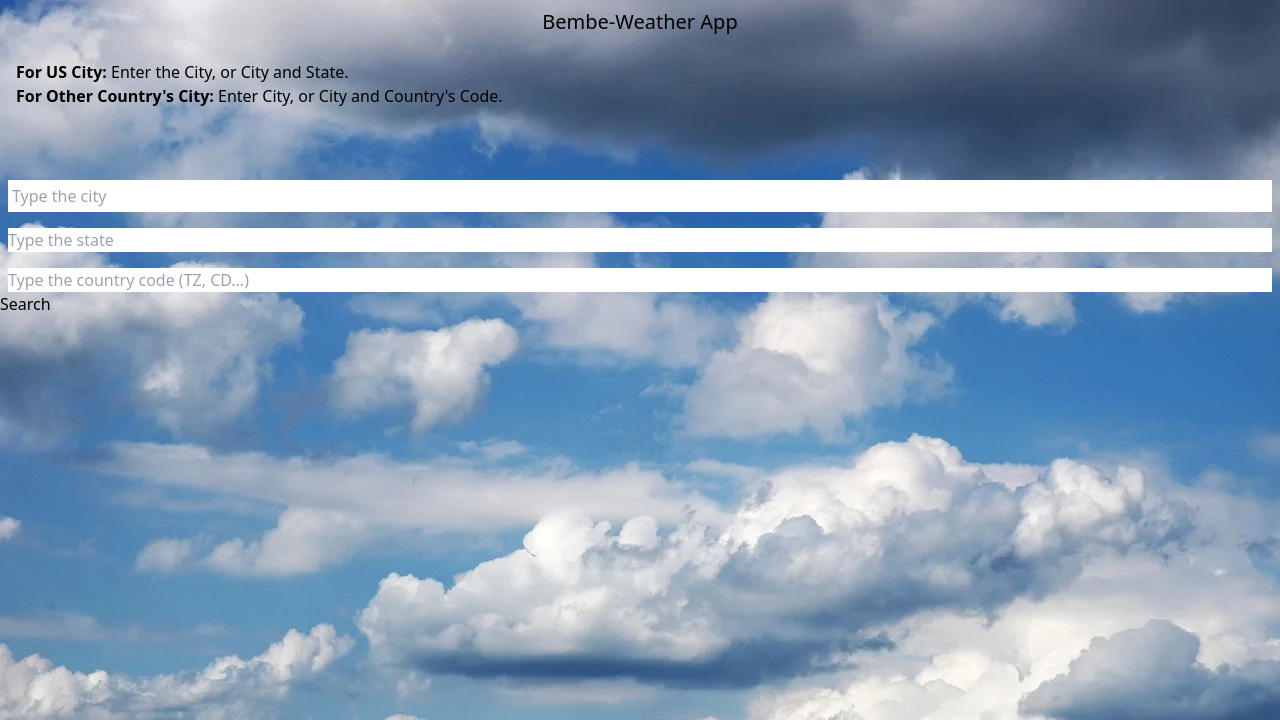
Repository: ShindanoSingi/bembe-weather
Page: /
The author's editor kept a copy of each file at every save. The page is drawn from the files as they stood at one save, then again after the next save.
The browser window is 1280 px wide. The pictures show the whole page.
The page's requests for data from a server got no answer. The project was rebuilt for these pictures with package versions that can differ from the ones it lists, and the page was loaded fresh each time. No one was signed in, and anything a server would have sent is missing.

Above is the page before, as saved 2022-09-14 03:08:31.

After the next save:
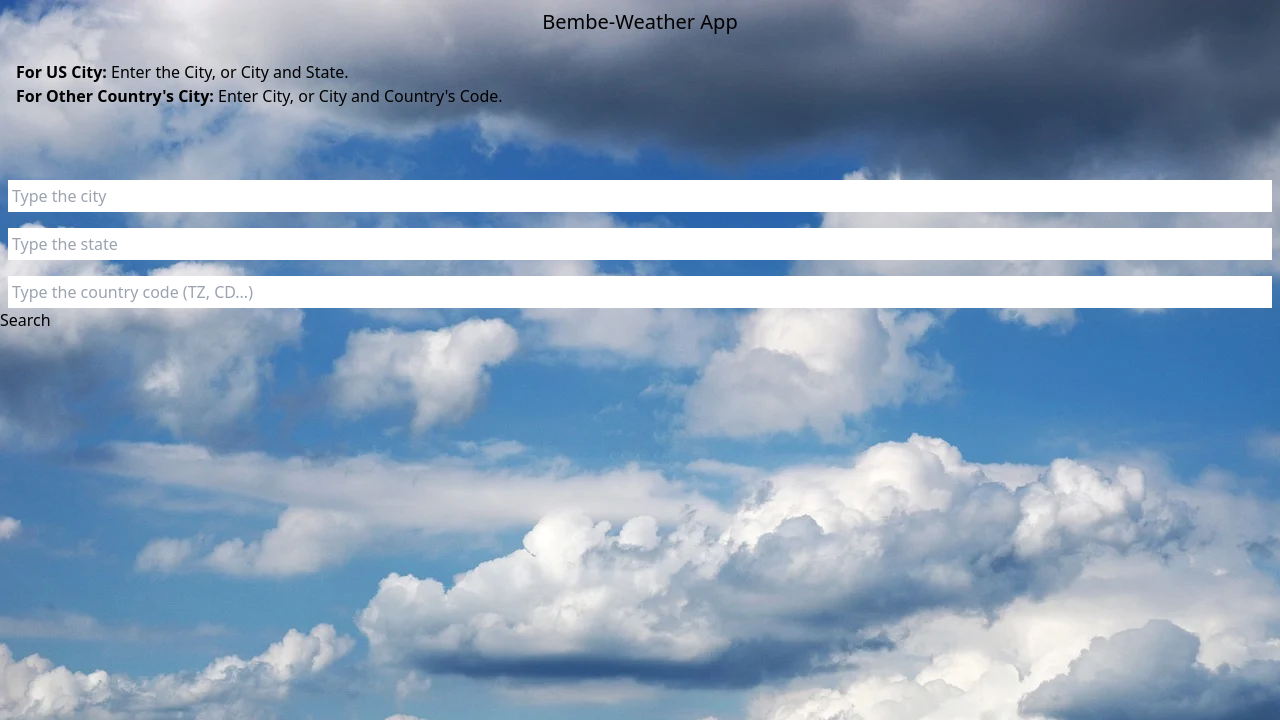
Saved 18 s later.
--- a/src/components/SearchForm.js
+++ b/src/components/SearchForm.js
@@ -25,7 +25,7 @@ const SearchForm = ({
 
         {/* Country input */}
         <input
-          className="mx-2 countryInput"
+          className="p-1 mx-2 countryInput"
           placeholder="Type the state"
           type="text"
           name="SearchString"
@@ -35,7 +35,7 @@ const SearchForm = ({
 
         {/* Country input */}
         <input
-          className="mx-2 countryInput"
+          className="p-1 mx-2 countryInput"
           placeholder="Type the country code (TZ, CD...)"
           type="text"
           name="SearchString"
